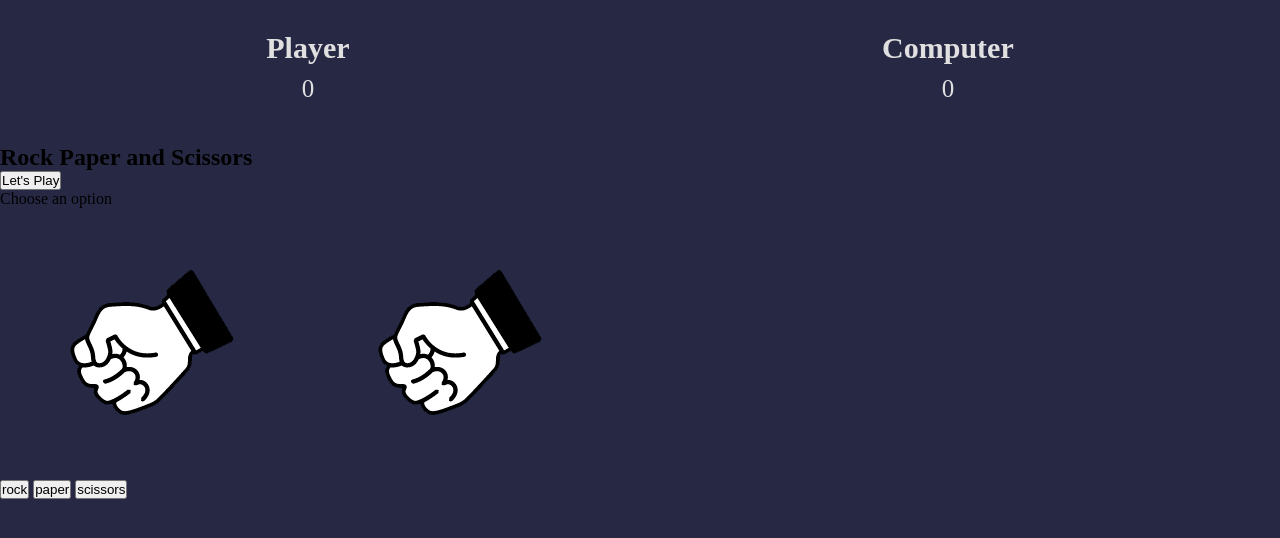
Repository: issaRan/Rock-Paper-Scissors
Page: index.html
The author's editor kept a copy of each file at every save. The page is drawn from the files as they stood at one save, then again after the next save.
The browser window is 1280 px wide. The pictures show the whole page.

Above is the page before, as saved 2020-10-23 22:31:37.

### index.html
<!DOCTYPE html>
<html lang="en">
<head>
    <meta charset="UTF-8">
    <meta name="viewport" content="width=device-width, initial-scale=1.0">
    <title>Rock Paper Scissors</title>
    <link rel="stylesheet" href="./style.css">
    <script src="app.js"></script>
</head>
<body>
    <section class="game">
        <div class="score">
            <div class="player-score">
                <h2>Player</h2>
                <p>0</p>
            </div>
            <div class="computer-score">
                <h2>Computer</h2>
                <p>0</p>
            </div>
        </div>
        <div class="intro">
            <h1>Rock Paper and Scissors</h1>
            <button>Let's Play</button>
        </div>
        <div class="match">
            <div class="winner">Choose an option</div>
            <div class="hands">
                <img class="player-hand" src="assets/rock.png" alt="">
                <img class="computer-hand" src="assets/rock.png" alt="">
            </div>
            <div class="option"></div>
                <button class="rock">rock</button>
                <button class="paper">paper</button>
                <button class="scissors">scissors</button>
        </div>
    </section>
</body>
</html>

### style.css
*{
    margin: 0;
    padding: 0;
    box-sizing: border-box;
}

section{
    height: 100vh;
    background-color: rgba(39, 41, 68);
    font-family: 'Times New Roman', Times, serif;
}
.score{
    color: rgba(224, 224, 224);
    height: 20vh;
    display: flex;
    justify-content: space-around;
    align-items: center;
}
.score h2 {
    font-size: 30px;
}
.score p {
    text-align: center;
    padding: 10px;
    font-size: 25px;
}

Loaded but not shown: app.js (no copy from this time; the picture is the same without it)

After the next save:
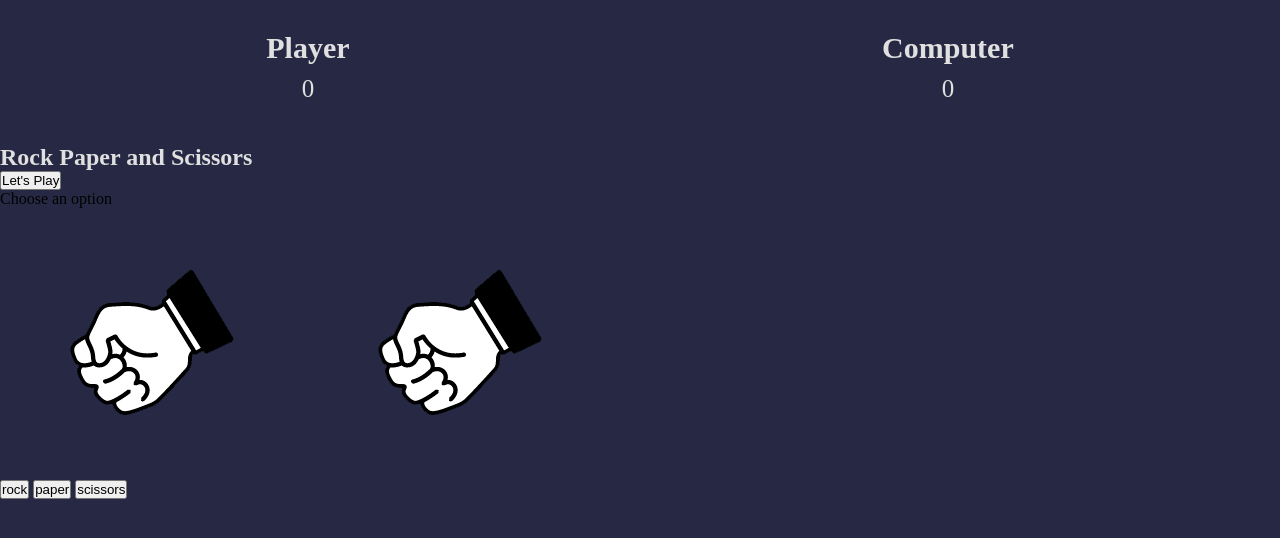
Saved 38 s later.
--- a/style.css
+++ b/style.css
@@ -24,3 +24,7 @@ section{
     padding: 10px;
     font-size: 25px;
 }
+
+.intro {
+    color: rgba(224, 224, 224);
+}
